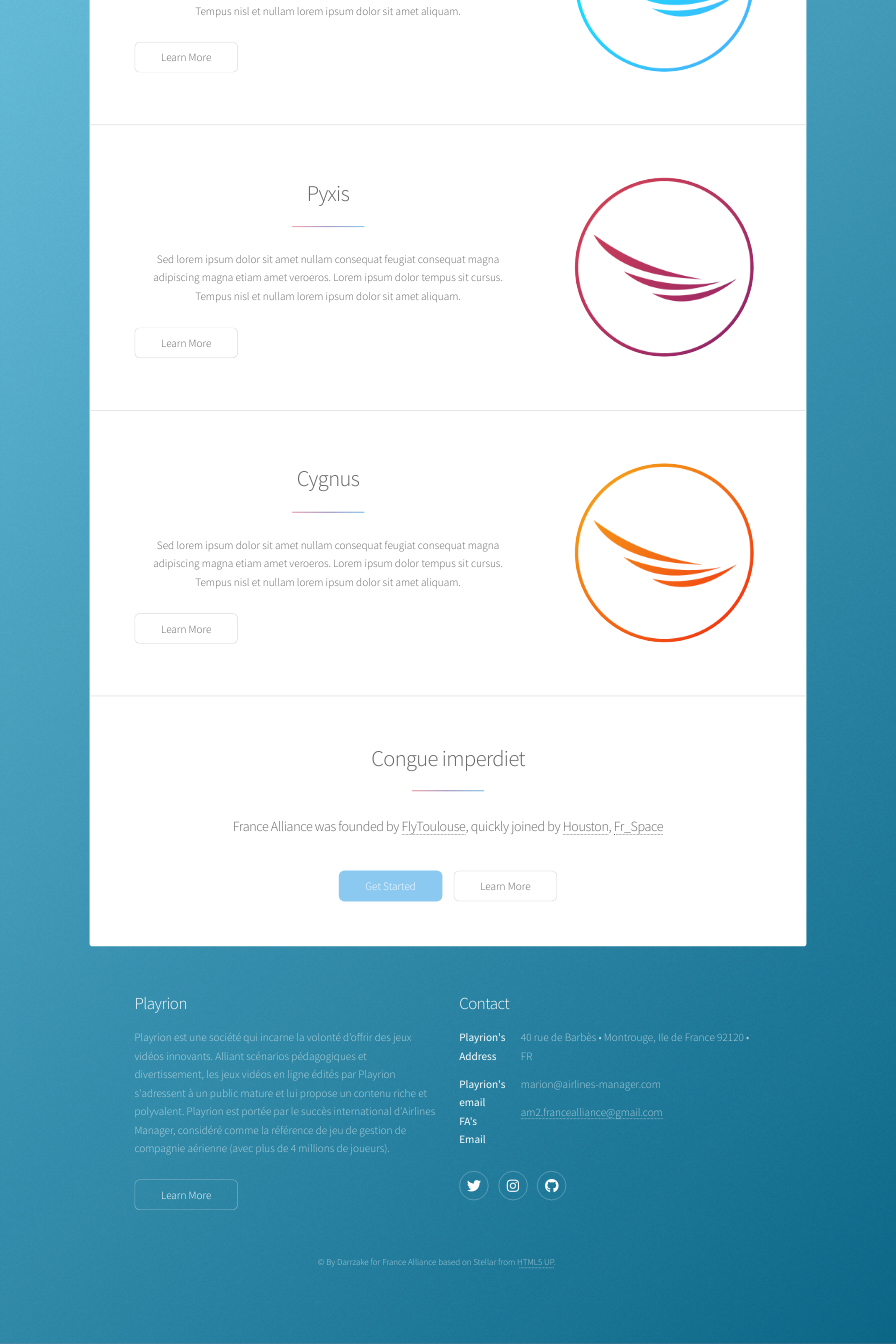
Repository: France-Alliance/France-Alliance.github.io
Page: index.html
These files come from the project's save history. The page is drawn as it stood at one moment and after the next save; the edit follows.
The browser window is 1280 px wide. The pictures show the part of the page from y = 1154 to 3074 px (the page is 3074 px tall), at 70% of full size.

Above is the page before, as saved 2021-04-08 17:21:16.

After the next save:
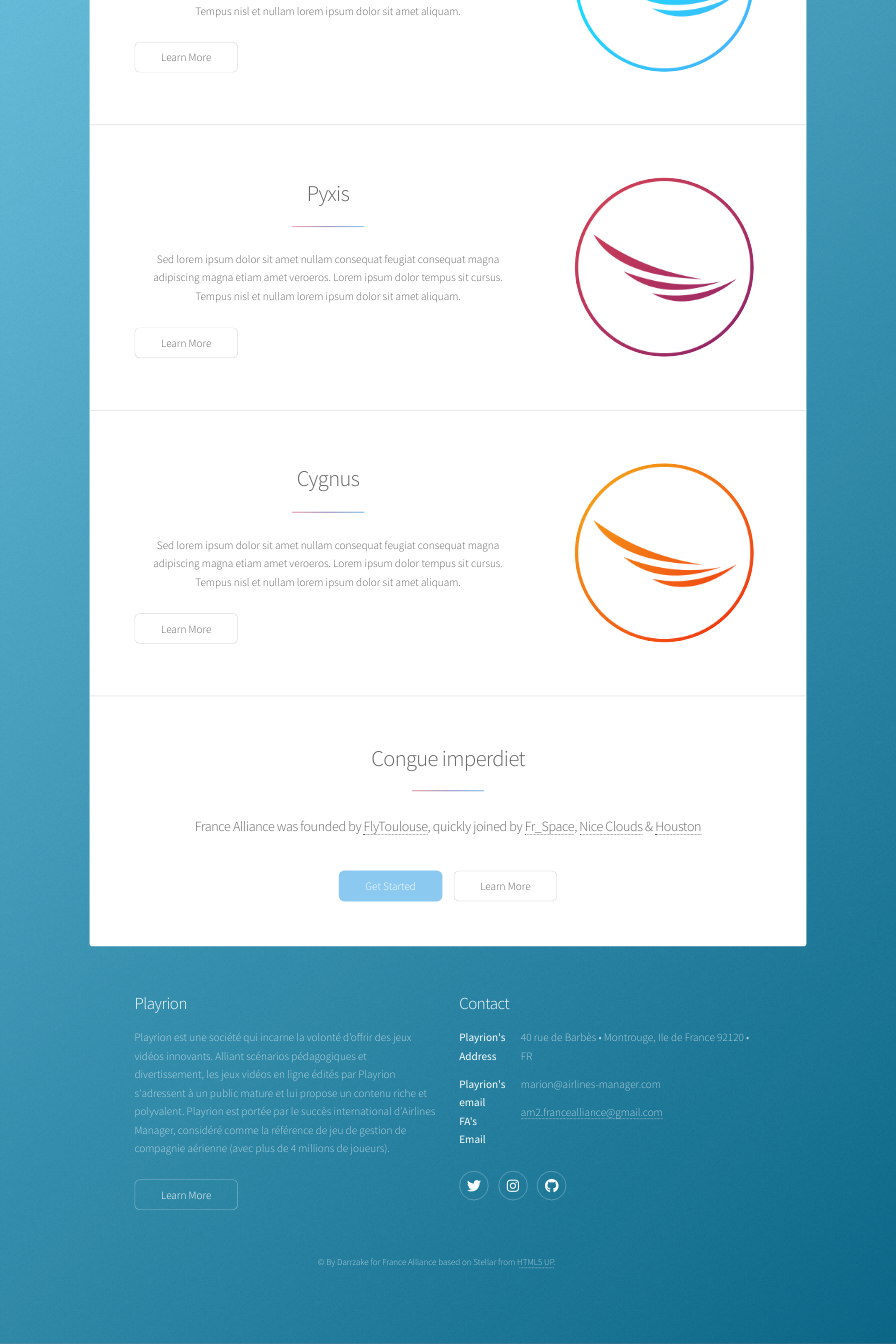
Saved 70 s later.
--- a/index.html
+++ b/index.html
@@ -192,9 +192,9 @@
 					<p>France Alliance was founded by <a
 							href="https://www.airlines-manager.com/company/profile/airline/450718">FlyToulouse</a>,
 						quickly joined by
-						<a href="https://www.airlines-manager.com/company/profile/airline/4164392">Houston</a>,
-						<a href="https://www.airlines-manager.com/company/profile/airline/2783241">Fr_Space</a>
-
+						<a href="https://www.airlines-manager.com/company/profile/airline/2783241">Fr_Space</a>,
+						<a href="https://www.airlines-manager.com/company/profile/airline/1526728">Nice Clouds</a> &
+						<a href="https://www.airlines-manager.com/company/profile/airline/4164392">Houston</a>
 					</p>
 				</header>
 				<footer class="major">
